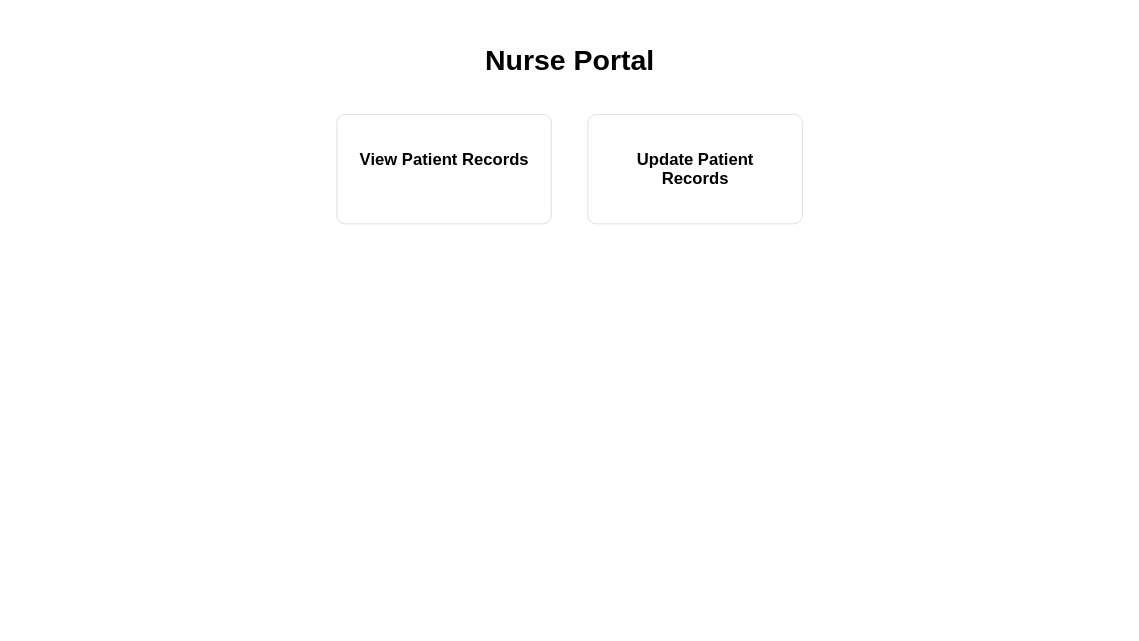
Repository: jaytriggz/Hospital-Management-System
Page: nurse_portal.html
An editor plug-in stored every save of this project. The page is shown before and after the next save, followed by the edit.
The browser window is 1280 px wide. The pictures show the whole page, at 89% of full size.

Above is the page before, as saved 2024-07-04 16:03:09.

### nurse_portal.html
<!DOCTYPE html>
<html lang="en">
<head>
    <meta charset="UTF-8">
    <title>Nurse Portal</title>
    <style>
        body {
            font-family: Arial, sans-serif;
        }
        .container {
            text-align: center;
            margin-top: 50px;
        }
        .link-container {
            display: flex;
            justify-content: center;
            flex-wrap: wrap;
        }
        .link {
            margin: 20px;
            padding: 20px;
            border: 1px solid #ddd;
            border-radius: 10px;
            width: 200px;
            text-align: center;
            cursor: pointer;
        }
        .link:hover {
            background-color: #f0f0f0;
        }
    </style>
</head>
<body>
    <div class="container">
        <h1>Nurse Portal</h1>
        <div class="link-container">
            <div class="link" onclick="location.href='view_patient_records.html'">
                <h3>View Patient Records</h3>
            </div>
            <div class="link" onclick="location.href='update_patient_records.html'">
                <h3>Update Patient Records</h3>
            </div>
            <!-- Add more links as needed -->
        </div>
    </div>
</body>
</html>

After the next save:
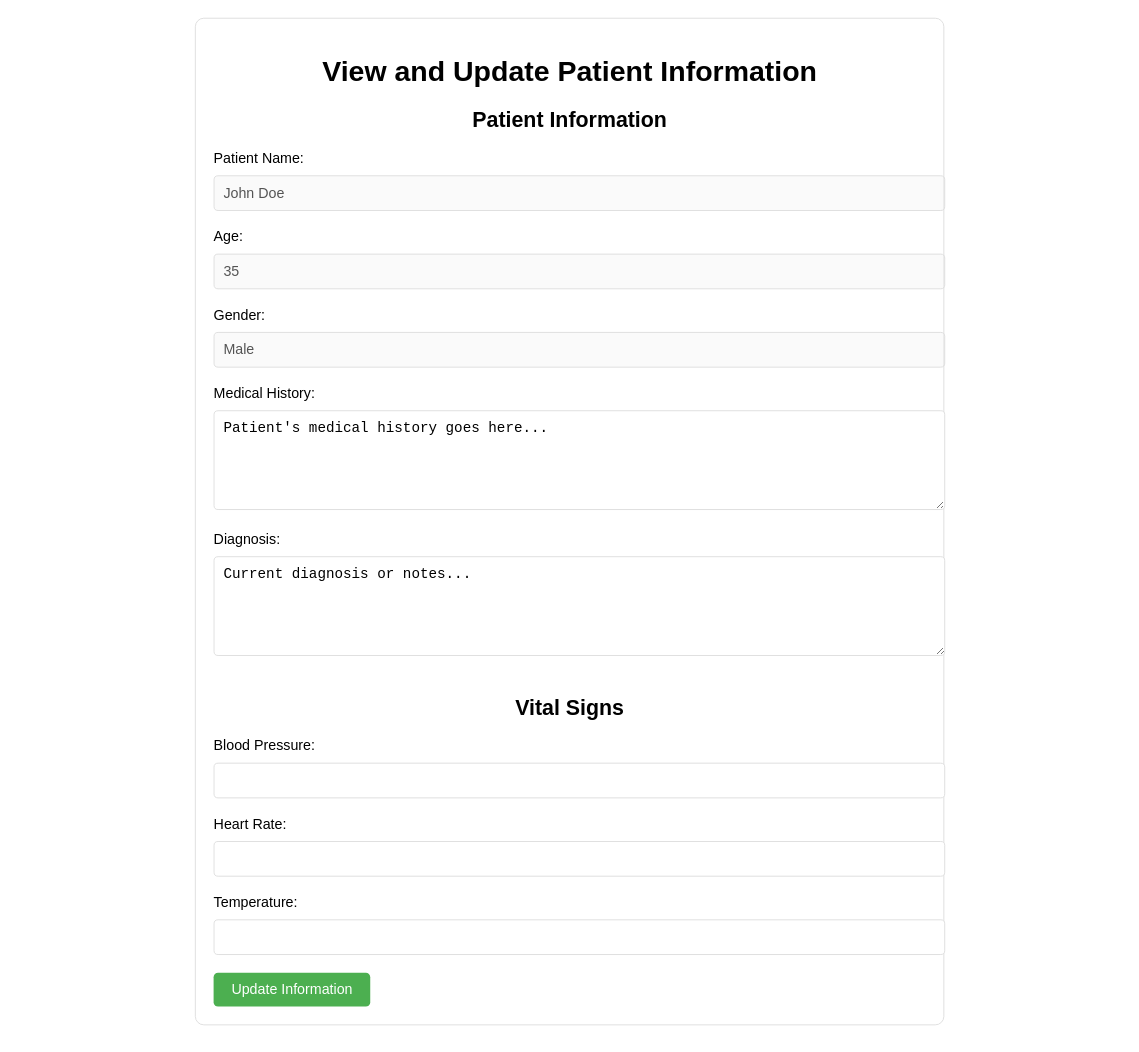
Saved 5 min 59 s later.
--- a/nurse_portal.html
+++ b/nurse_portal.html
@@ -2,46 +2,82 @@
 <html lang="en">
 <head>
     <meta charset="UTF-8">
-    <title>Nurse Portal</title>
+    <title>View and Update Patient Information</title>
     <style>
         body {
             font-family: Arial, sans-serif;
+            margin: 20px;
         }
         .container {
-            text-align: center;
-            margin-top: 50px;
-        }
-        .link-container {
-            display: flex;
-            justify-content: center;
-            flex-wrap: wrap;
-        }
-        .link {
-            margin: 20px;
+            max-width: 800px;
+            margin: 0 auto;
             padding: 20px;
             border: 1px solid #ddd;
             border-radius: 10px;
-            width: 200px;
+        }
+        h1, h2 {
             text-align: center;
+        }
+        label {
+            display: block;
+            margin-bottom: 10px;
+        }
+        input[type="text"], textarea {
+            width: 100%;
+            padding: 10px;
+            margin-bottom: 20px;
+            border: 1px solid #ddd;
+            border-radius: 5px;
+            font-size: 16px;
+        }
+        button {
+            padding: 10px 20px;
+            background-color: #4CAF50;
+            color: white;
+            border: none;
+            border-radius: 5px;
             cursor: pointer;
+            font-size: 16px;
         }
-        .link:hover {
-            background-color: #f0f0f0;
+        button:hover {
+            background-color: #45a049;
         }
     </style>
 </head>
 <body>
     <div class="container">
-        <h1>Nurse Portal</h1>
-        <div class="link-container">
-            <div class="link" onclick="location.href='view_patient_records.html'">
-                <h3>View Patient Records</h3>
-            </div>
-            <div class="link" onclick="location.href='update_patient_records.html'">
-                <h3>Update Patient Records</h3>
-            </div>
-            <!-- Add more links as needed -->
-        </div>
+        <h1>View and Update Patient Information</h1>
+
+        <!-- Patient Information Section -->
+        <h2>Patient Information</h2>
+        <form id="patientInfoForm">
+            <label for="patientName">Patient Name:</label>
+            <input type="text" id="patientName" name="patientName" value="John Doe" disabled><br>
+
+            <label for="age">Age:</label>
+            <input type="text" id="age" name="age" value="35" disabled><br>
+
+            <label for="gender">Gender:</label>
+            <input type="text" id="gender" name="gender" value="Male" disabled><br>
+
+            <label for="history">Medical History:</label>
+            <textarea id="history" name="history" rows="5">Patient's medical history goes here...</textarea><br>
+
+            <label for="diagnosis">Diagnosis:</label>
+            <textarea id="diagnosis" name="diagnosis" rows="5">Current diagnosis or notes...</textarea><br>
+
+            <h2>Vital Signs</h2>
+            <label for="bloodPressure">Blood Pressure:</label>
+            <input type="text" id="bloodPressure" name="bloodPressure"><br>
+
+            <label for="heartRate">Heart Rate:</label>
+            <input type="text" id="heartRate" name="heartRate"><br>
+
+            <label for="temperature">Temperature:</label>
+            <input type="text" id="temperature" name="temperature"><br>
+
+            <button type="submit">Update Information</button>
+        </form>
     </div>
 </body>
 </html>
